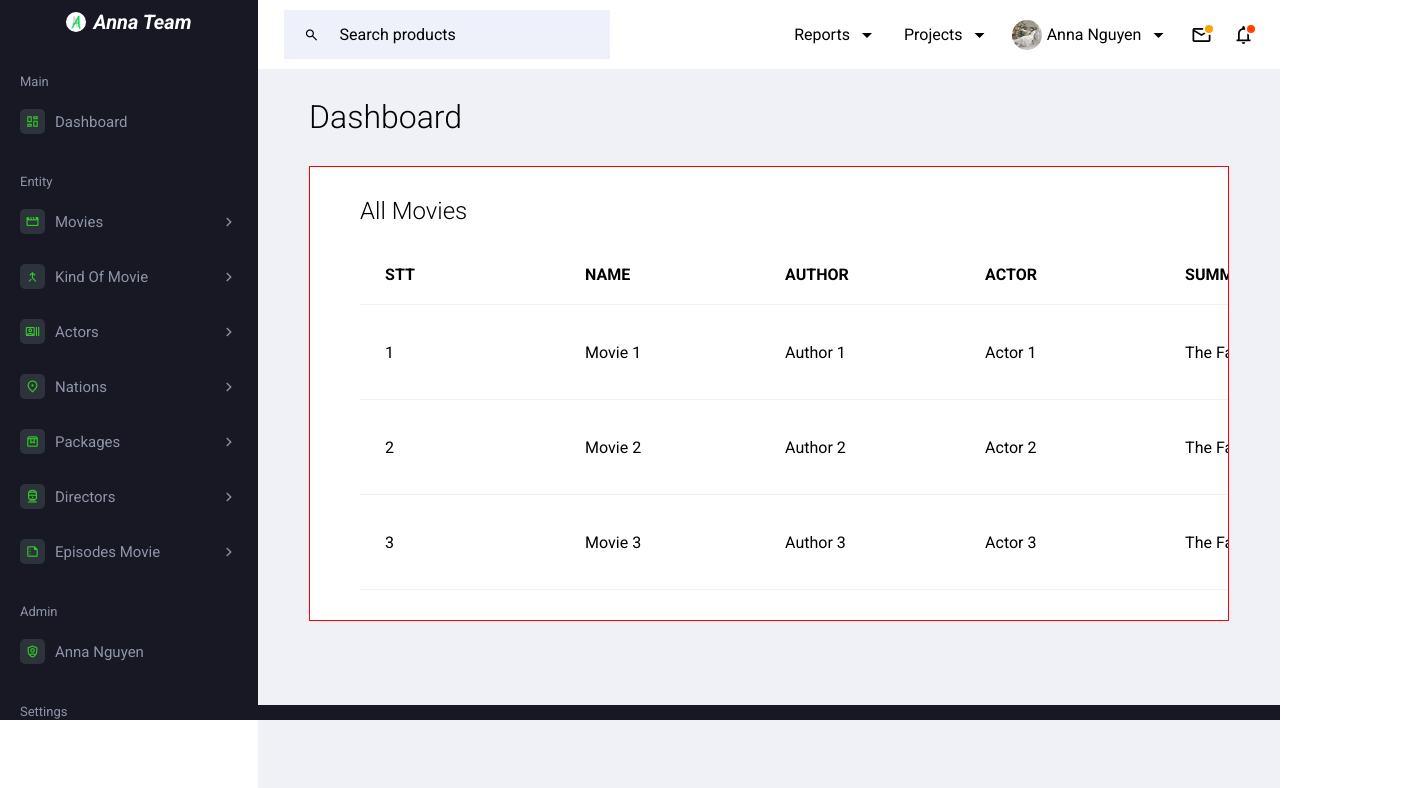
Repository: tuankiet10920/admin_vuejs
Page: / (app in frontend/)
The author's editor kept a copy of each file at every save. The page is drawn from the files as they stood at one save, then again after the next save.
The browser window is 1280 px wide. The page is 1280 px wide, then 1417 px, so the pictures cover 1417 px, including what lies to the right of the window. The pictures show the whole page.
The project was rebuilt for these pictures with package versions that can differ from the ones it lists, and the page was loaded fresh each time. Also part of the build but not shown: frontend/vite.config.js, frontend/src/views/HeaderView.vue.

Above is the page before, as saved 2024-09-30 11:14:08.

After the next save:
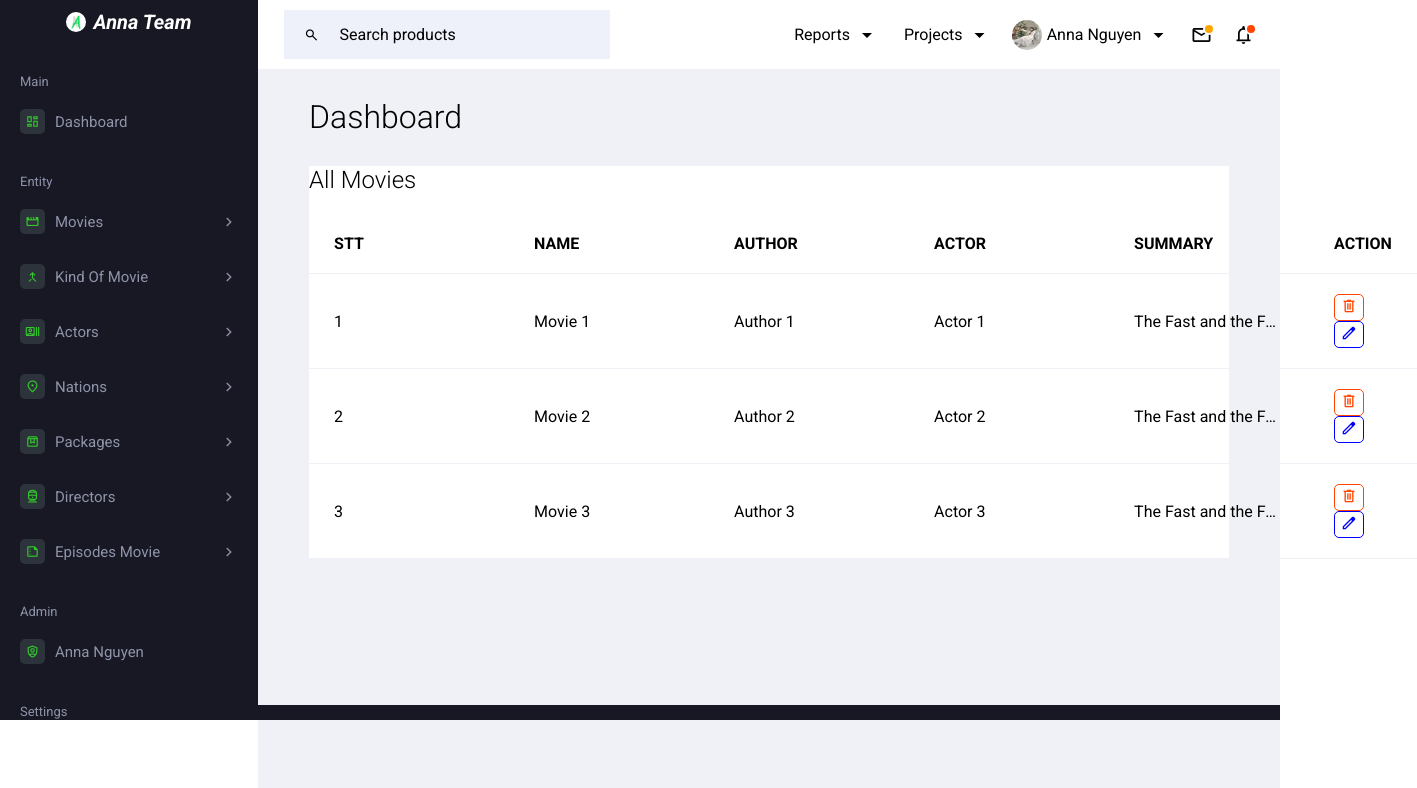
Saved 2 min 10 s later.
--- a/frontend/src/views/HomeView.vue
+++ b/frontend/src/views/HomeView.vue
@@ -52,9 +52,6 @@ export default {
 .all-movies{
   background: #fff;
   width: 100%;
-  padding: 30px 50px;
-  overflow: hidden;
-  border: 1px solid red;
 }
 .dashboard h1{
   padding: 30px 0px;
